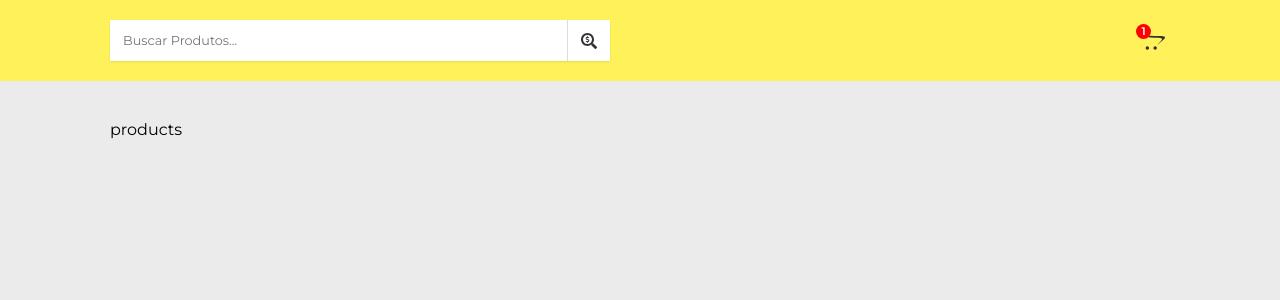
Repository: Gab23Oli/Projeto-de-Conclus-o---Shopping-Cart
Page: /
The author's editor kept a copy of each file at every save. The page is drawn from the files as they stood at one save, then again after the next save.
The browser window is 1280 px wide. The pictures show the whole page.
The page's requests for data from a server got no answer. The project was rebuilt for these pictures with package versions that can differ from the ones it lists, and the page was loaded fresh each time. No one was signed in, and anything a server would have sent is missing.

Above is the page before, as saved 2024-01-26 10:03:00.

After the next save:
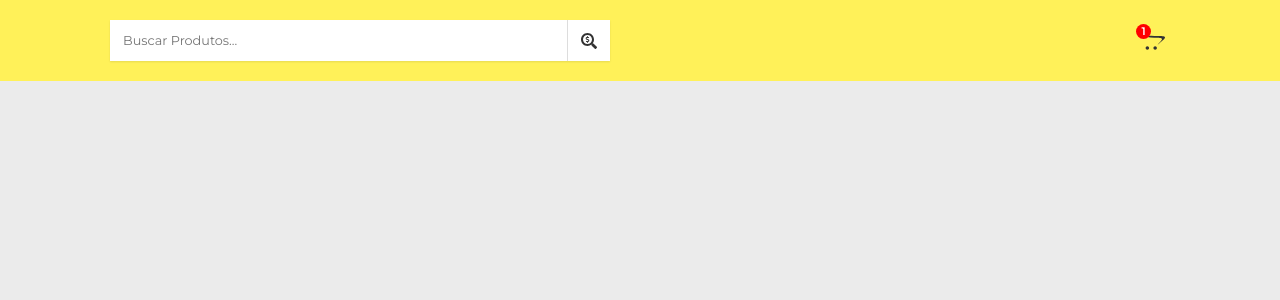
Saved 22 s later.
--- a/src/components/Products/Products.jsx
+++ b/src/components/Products/Products.jsx
@@ -14,7 +14,9 @@ function Products() {
 
   return (
     <section className="products container">
-      products
+      {
+
+      }
     </section>
 
   );
